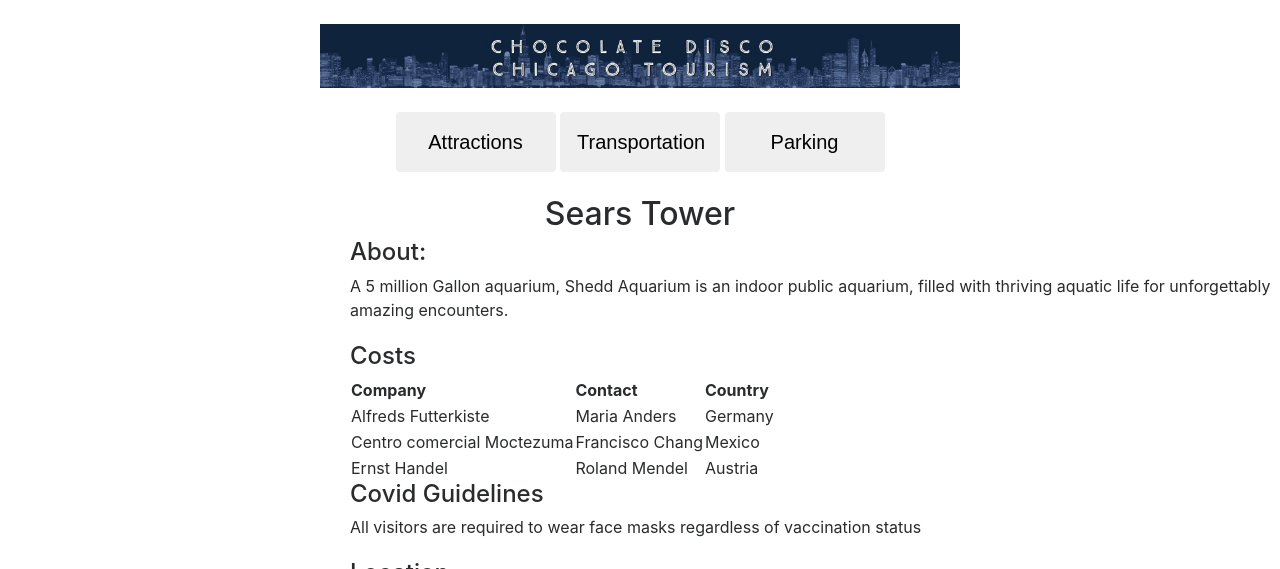
Repository: rkodit2/cs422project
Page: sheddAquarium.html
These files come from the project's save history. The page is drawn as it stood at one moment and after the next save; the edit follows.
The browser window is 1280 px wide. The pictures show the part of the page from y = 0 to 569 px (the page is 1095 px tall before and 1069 px after).
Pictures or frames that could not be fetched are drawn as grey boxes.

Above is the page before, as saved 2021-11-03 19:33:19.

After the next save:
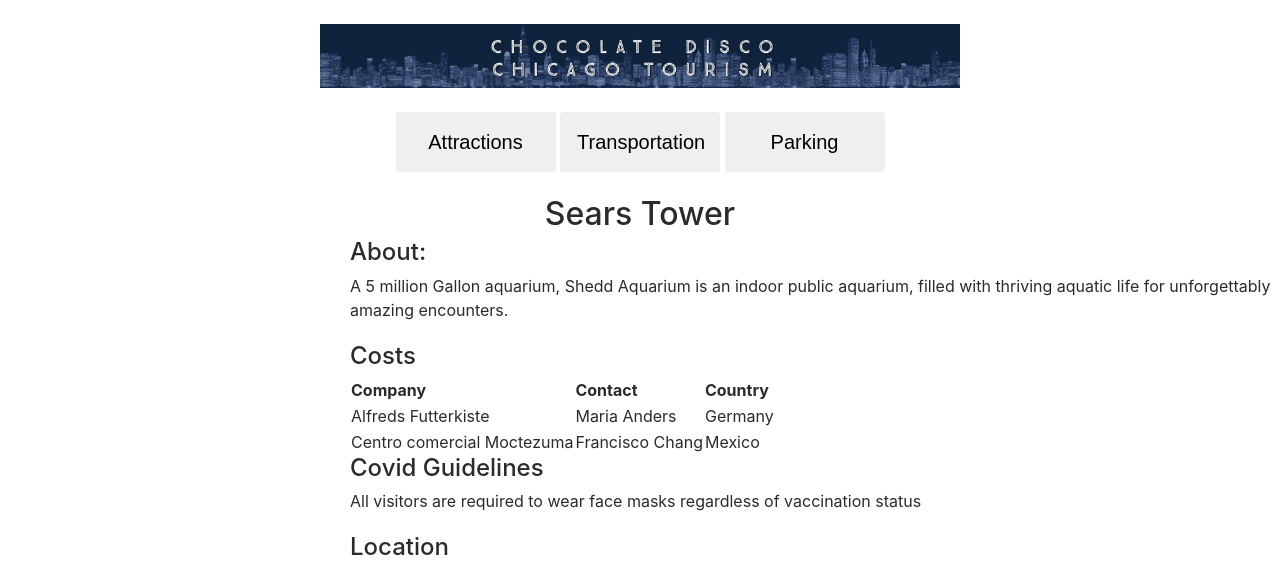
Saved 6 s later.
--- a/sheddAquarium.html
+++ b/sheddAquarium.html
@@ -44,11 +44,6 @@
               <td>Francisco Chang</td>
               <td>Mexico</td>
             </tr>
-            <tr>
-              <td>Ernst Handel</td>
-              <td>Roland Mendel</td>
-              <td>Austria</td>
-            </tr>
           </table>
 
 
